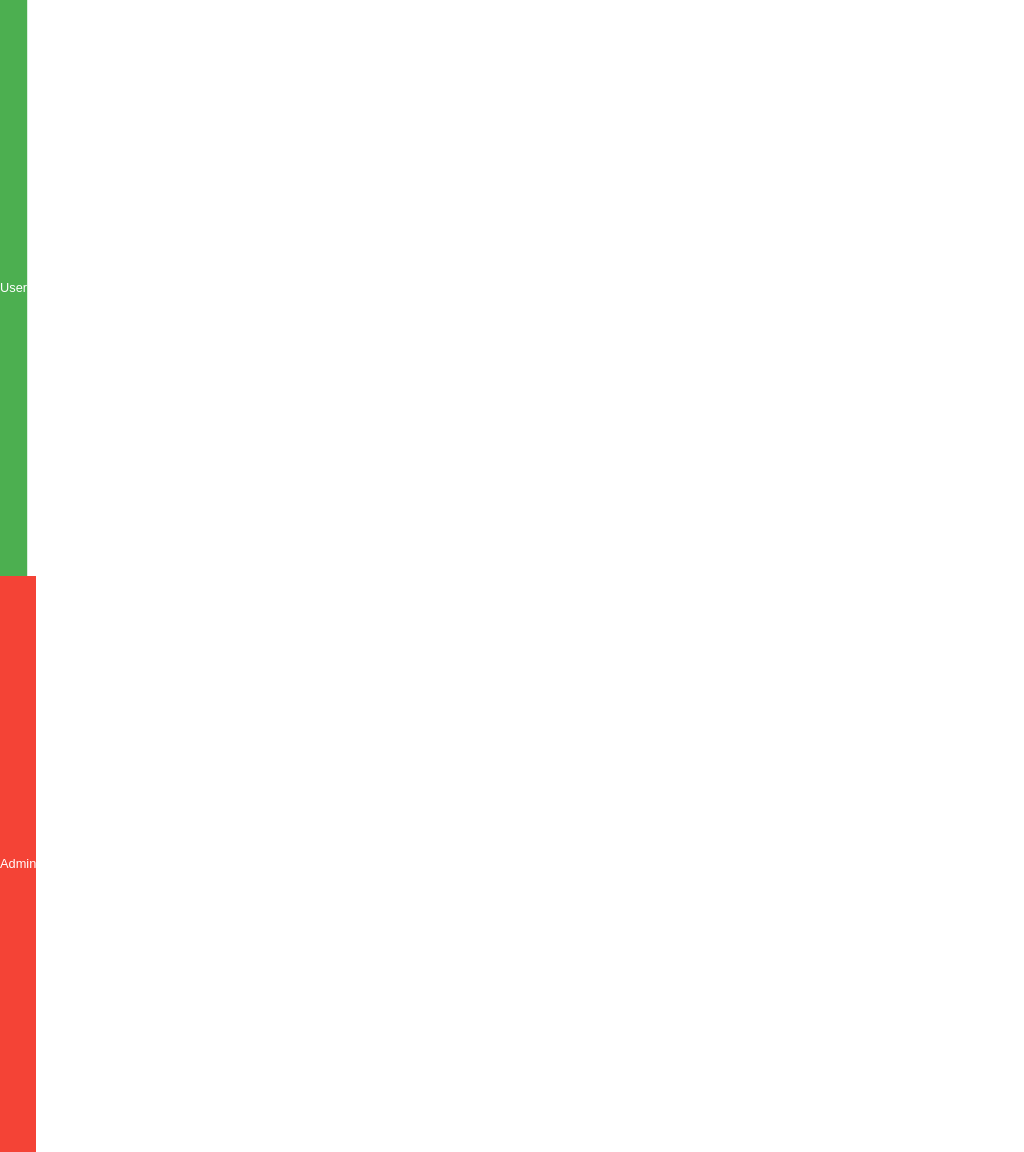
Repository: User826/Recipe
Page: /useradmin (app in recipe_project/)
These files come from the project's save history. The page is drawn as it stood at one moment and after the next save; the edit follows.
The browser window is 1280 px wide. The pictures show the whole page, at 80% of full size.
The project was rebuilt for these pictures with package versions that can differ from the ones it lists, and the page was loaded fresh each time. The framework's server and built-in components were replaced by stand-ins that run in the browser. Also part of the build but not shown: recipe_project/next.config.js, recipe_project/pages/users.module.css, recipe_project/components/users.js.

Above is the page before, as saved 2022-12-14 04:11:27.

### recipe_project/pages/useradmin.js
import { useState } from "react";
import {UserButton, AdminButton} from "../components/websitebuttons"
import Post from "../components/users"



export default function Useradmin() {
    const [isLoggedIn, setIsLoggedIn] = useState("");

    function handleLoginClick() {
        //this.setState({isLoggedIn: true});
        setIsLoggedIn("user")
      };

    function handleLogoutClick() {
        //this.setState({isLoggedIn: false});
        setIsLoggedIn("admin")
      }


    const isLoggedInVariable = isLoggedIn;
    let button;

    // if (isLoggedInVariable) {
    //     button = <LogoutButton onClick={handleLogoutClick} />;
    // } else {
    //     button = <LoginButton onClick={handleLoginClick} />;
    // }

    console.log(isLoggedInVariable)

    if (isLoggedInVariable == ""){
        return <div>
        {/* <Post></Post> */}
        <UserButton onClick ={handleLoginClick}/>
        <AdminButton onClick = {handleLogoutClick}/>

    </div>
    }
    else if (isLoggedInVariable == "user"){
        return <div>
                    <p>You are a user!</p>
                    <p>Or are you an admin? <AdminButton onClick = {handleLogoutClick}> </AdminButton></p>
                </div>

                // <UserButton onClick = {handleLoginCLick}> </UserButton>

    }
    else if (isLoggedInVariable == "admin"){
        return  <div>
                    <p>You are an admin!</p>
                    <p>Or are you a user? <UserButton onClick = {handleLoginClick}> </UserButton></p>
                </div>

    }

    // return <div>
    //     {/* <Post></Post> */}
    //     <UserButton onClick ={handleLoginClick}/>
    //     <AdminButton onClick = {handleLoginClick}/>

    // </div>
  }

### recipe_project/components/websitebuttons.js
import styles from "../pages/useradmin.module.css"

function UserButton(props) {
    return (
      <button className = {styles.user} onClick={props.onClick}>
        User
      </button>
    );
  }

  function AdminButton(props) {
    return (
      <button className = {styles.admin} onClick={props.onClick}>
        Admin
      </button>
    );
  }

  export {UserButton, AdminButton}

### recipe_project/pages/useradmin.module.css
.user{
  background-color: #4CAF50;
  border: none;
  color: white;
  /*padding: 15px 32px; */
  text-align: center;
  text-decoration: none;
  /*display: inline-block;*/
  font-size: 16px;
  min-height: 100vh;
  padding: 4rem 0;
  flex: 1;
  display: flex;
  flex-direction: column;
  justify-content: center;
  align-items: center;

}

.admin{
  background-color: #f44336;
  border: none;
  color: white;
  /*padding: 15px 32px; */
  text-align: center;
  text-decoration: none;
  /*display: inline-block;*/
  font-size: 16px;
  min-height: 100vh;
  padding: 4rem 0;
  flex: 1;
  display: flex;
  flex-direction: column;
  justify-content: center;
  align-items: center;
}

Loaded but not shown: recipe_project/pages/_app.js (common file); recipe_project/styles/globals.css (common file)

After the next save:
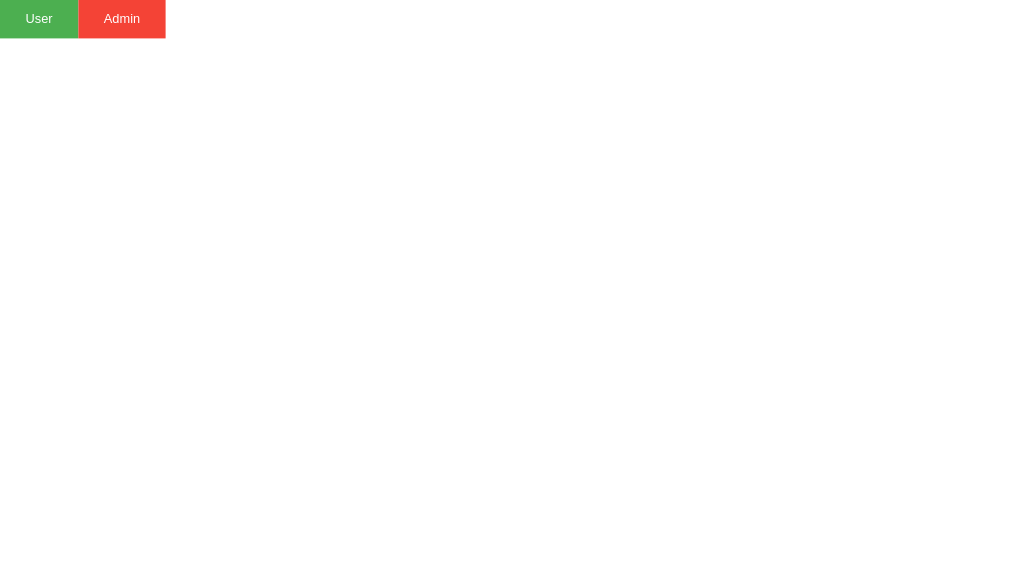
Saved 4 min 27 s later.
--- a/recipe_project/pages/useradmin.module.css
+++ b/recipe_project/pages/useradmin.module.css
@@ -2,35 +2,20 @@
   background-color: #4CAF50;
   border: none;
   color: white;
-  /*padding: 15px 32px; */
+  padding: 15px 32px;
   text-align: center;
   text-decoration: none;
-  /*display: inline-block;*/
+  display: inline-block;
   font-size: 16px;
-  min-height: 100vh;
-  padding: 4rem 0;
-  flex: 1;
-  display: flex;
-  flex-direction: column;
-  justify-content: center;
-  align-items: center;
-
 }
 
 .admin{
   background-color: #f44336;
   border: none;
   color: white;
-  /*padding: 15px 32px; */
+  padding: 15px 32px;
   text-align: center;
   text-decoration: none;
-  /*display: inline-block;*/
+  display: inline-block;
   font-size: 16px;
-  min-height: 100vh;
-  padding: 4rem 0;
-  flex: 1;
-  display: flex;
-  flex-direction: column;
-  justify-content: center;
-  align-items: center;
 }
